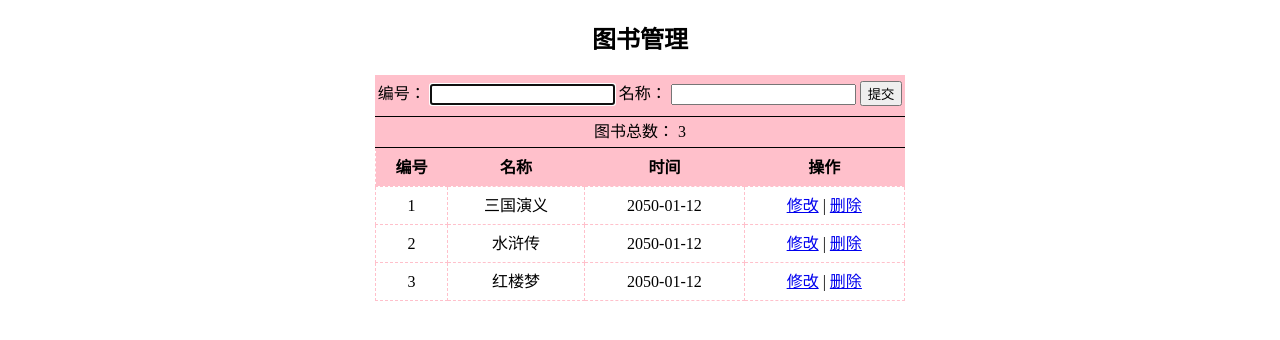
Repository: wjiawei97/FrontEndExercises
Page: 8. book_manegement/public/books.html
These files come from the project's save history. The page is drawn as it stood at one moment and after the next save; the edit follows.
The browser window is 1280 px wide. The pictures show the whole page.
The page's requests for data from a server got no answer.

Above is the page before, as saved 2021-08-24 06:48:09.

After the next save:
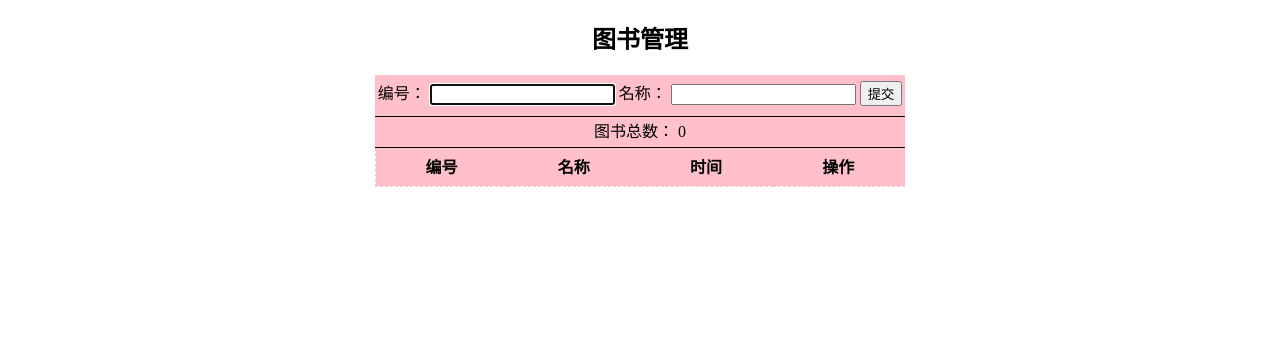
Saved 64 s later.
--- a/8. book_manegement/public/books.html
+++ b/8. book_manegement/public/books.html
@@ -164,8 +164,8 @@
                     // })
                     // this.books.splice(index,1)
                 },
-                queryData:async function(){
-                    axios
+                queryData: async function(){
+                    this.books=await axios.get('/books')
                 }
             },
             //常用特性：侦听器
@@ -193,20 +193,20 @@
             //该生命周期钩子函数被触发时，模板已经可以使用
             //一般用于获取后台数据，然后把数据填充到模板
             mounted:function(){
-                var data=[{
-                    id: 1,
-                    name: '三国演义',
-                    date: 2525609975000
-                }, {
-                    id: 2,
-                    name: '水浒传',
-                    date: 2525609975000
-                }, {
-                    id: 3,
-                    name: '红楼梦',
-                    date: 2525609975000
-                }]
-                this.books=data
+                // var data=[{
+                //     id: 1,
+                //     name: '三国演义',
+                //     date: 2525609975000
+                // }, {
+                //     id: 2,
+                //     name: '水浒传',
+                //     date: 2525609975000
+                // }, {
+                //     id: 3,
+                //     name: '红楼梦',
+                //     date: 2525609975000
+                // }]
+                this.queryData()
             }
         })
     </script>
